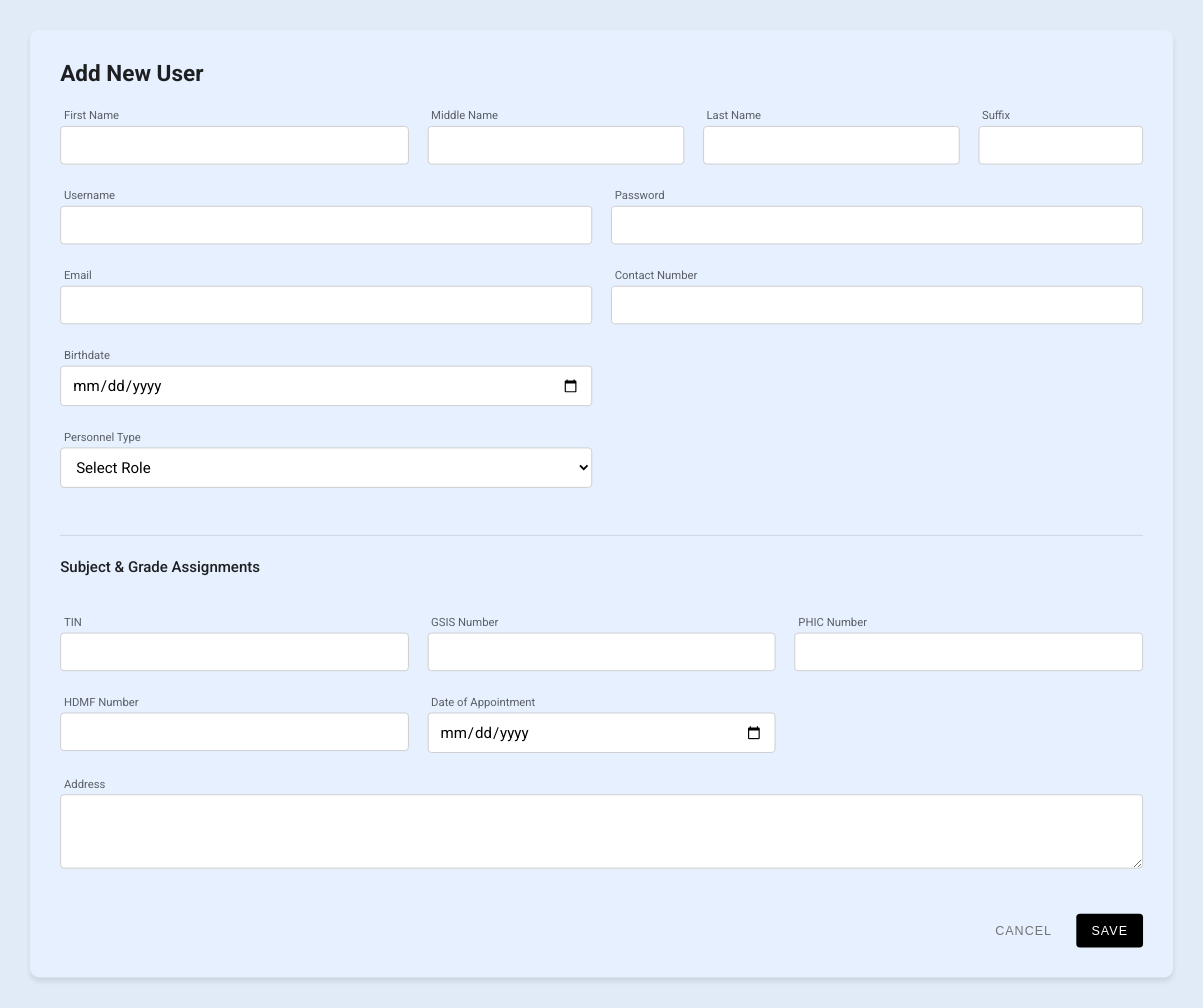
Repository: louisneo/ACT-1
Page: Frontend/data_entry/user_management/templates/addUser.html
An editor plug-in stored every save of this project. The page is shown before and after a run of saves, followed by the edit.
The browser window is 1280 px wide. The pictures show the whole page, at 94% of full size.

Above is the page before, as saved 2026-02-06 02:13:00.

After the next 2 saves:
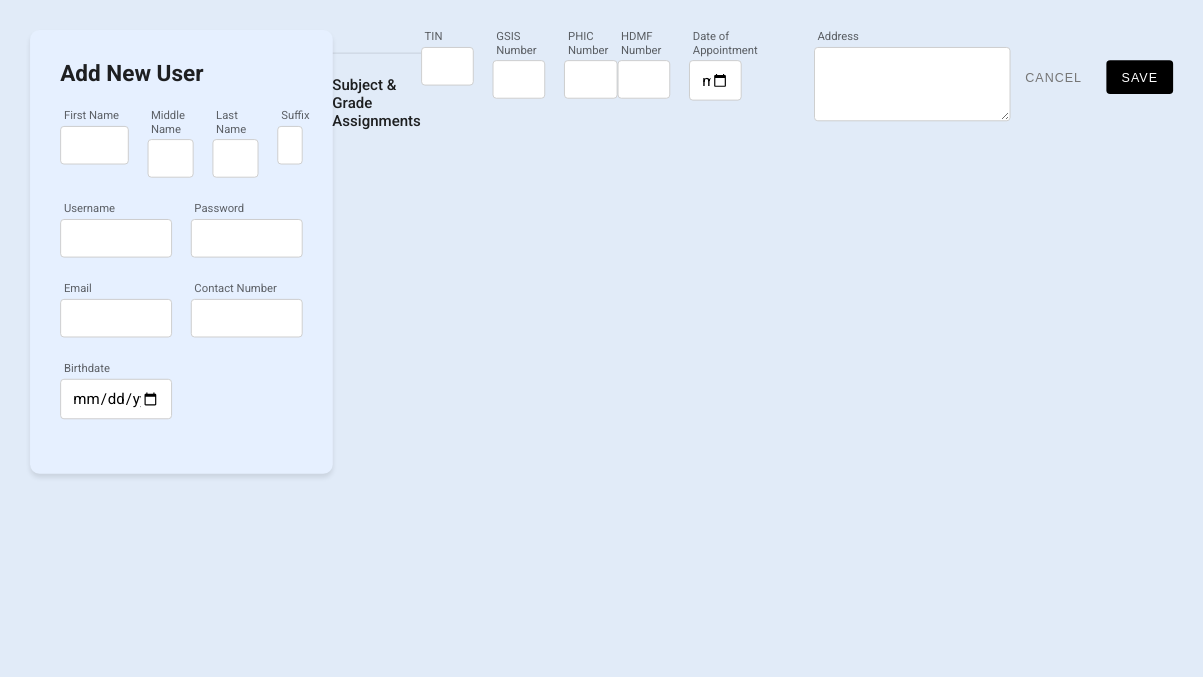
The 2 saves are shown as one change because they came seconds apart.
The last was saved 32 s later.
--- a/Frontend/data_entry/user_management/templates/addUser.html
+++ b/Frontend/data_entry/user_management/templates/addUser.html
@@ -282,18 +282,7 @@
                 </div>
             </div>
 
-            <div class="row">
-                <div class="col col-6">
-                    <div class="input-group">
-                        <label>Personnel Type</label>
-                        <select id="administrativeRole" onchange="handleRoleChange()">
-                            <option value="" disabled selected>Select Role</option>
-                            <option value="Teacher">Teacher</option>
-                            <option value="Dean">Dean</option>
-                            <option value="Coordinator">Coordinator</option>
-                        </select>
-                    </div>
-                </div>
+
 
                 <div class="col col-6" id="deanField" style="display: none;">
                     <div class="input-group">
